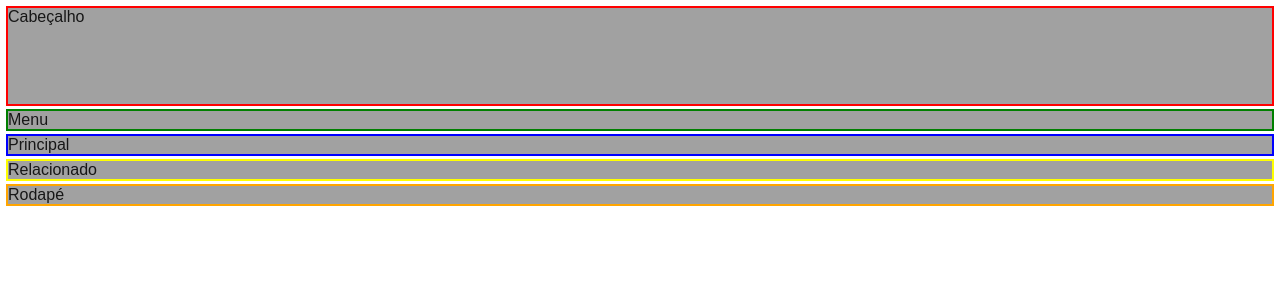
Repository: AleOi3/htmlTemplate
Page: /temp_one
The author's editor kept a copy of each file at every save. The page is drawn from the files as they stood at one save, then again after the next save.
The browser window is 1280 px wide. The pictures show the whole page.
The project was rebuilt for these pictures with package versions that can differ from the ones it lists, and the page was loaded fresh each time. The framework's server and built-in components were replaced by stand-ins that run in the browser. Also part of the build but not shown: next.config.ts.

Above is the page before, as saved 2024-12-09 00:33:20.

### src/app/temp_one/page.tsx
const TemplateOnePage = () => {
    return <>
        <header style={{
            border: '2px solid red',
            height: 100,
            margin: 3,
            display: 'flex',
            background: '#a1a1a1'
        }}>
            Cabeçalho
        </header>
        <nav style={{
            border: '2px solid green',
            margin: 3,
            display: 'flex',
            flex: '1 1 200px',
            background: '#a1a1a1'

        }}>Menu</nav>
        <main style={{
            border: '2px solid blue',
            margin: 3,
            display: 'flex',
            flex: '20 1 100vw',
            background: '#a1a1a1'

        }}>Principal</main>
        <aside style={{
            border: '2px solid yellow',
            margin: 3,
            display: 'flex',
            flex: '1 1 200px',
            background: '#a1a1a1'

        }}>Relacionado</aside>
        <footer style={{
            border: '2px solid orange',
            margin: 3,
            display: 'flex',
            background: '#a1a1a1'


        }}>Rodapé</footer>

    </>
}

export default TemplateOnePage;

### src/app/globals.css
:root {
  --background: #ffffff;
  --foreground: #171717;
}

@media (prefers-color-scheme: dark) {
  :root {
    --background: #0a0a0a;
    --foreground: #ededed;
  }
}

html,
body {
  max-width: 100vw;
  overflow-x: hidden;
}

body {
  color: var(--foreground);
  background: var(--background);
  font-family: Arial, Helvetica, sans-serif;
  -webkit-font-smoothing: antialiased;
  -moz-osx-font-smoothing: grayscale;
  margin: 3px;
  flex: 1 1 100vw;
}

* {
  box-sizing: border-box;
  padding: 0;
  margin: 0;
}

a {
  color: inherit;
  text-decoration: none;
}

@media (prefers-color-scheme: dark) {
  html {
    color-scheme: dark;
  }
}

Loaded but not shown: src/app/layout.tsx (common file)

After the next save:
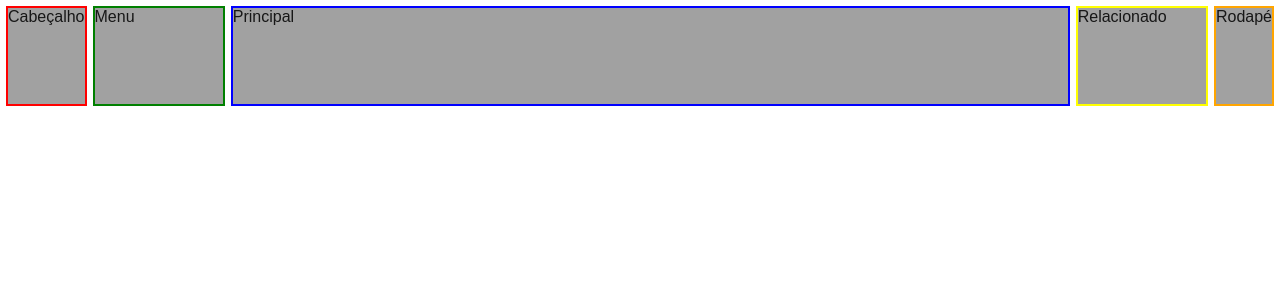
Saved 38 s later.
--- a/src/app/temp_one/page.tsx
+++ b/src/app/temp_one/page.tsx
@@ -1,5 +1,5 @@
 const TemplateOnePage = () => {
-    return <>
+    return <div style={{display:"flex"}}>
         <header style={{
             border: '2px solid red',
             height: 100,
@@ -42,7 +42,7 @@ const TemplateOnePage = () => {
 
         }}>Rodapé</footer>
 
-    </>
+    </div>
 }
 
 export default TemplateOnePage;
